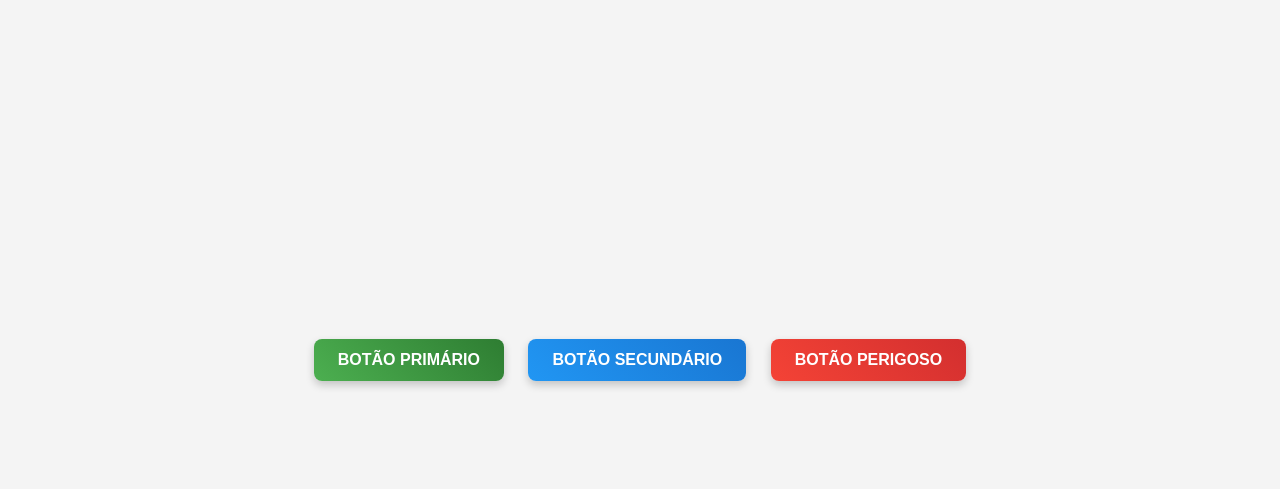
Repository: Gabrielb0rn/Projeto-Formul-rio.io
Page: teste.html
An editor plug-in stored every save of this project. The page is shown before and after the next save, followed by the edit.
The browser window is 1280 px wide. The pictures show the whole page.

Above is the page before, as saved 2024-07-01 08:42:25.

### teste.html
<!DOCTYPE html>
<html lang="en">
<head>
    <meta charset="UTF-8">
    <meta name="viewport" content="width=device-width, initial-scale=1.0">
    <title>Botões Bonitos</title>
    <link rel="stylesheet" href="styles.css">
</head>
<body>
    <div class="container">
        <button class="btn">Botão Primário</button>
        <button class="btn btn-secondary">Botão Secundário</button>
        <button class="btn btn-danger">Botão Perigoso</button>
    </div>
</body>
</html>

### styles.css
/* Estilos Globais */
body {
    font-family: 'Arial', sans-serif;
    display: flex;
    justify-content: center;
    align-items: center;
    height: 100vh;
    margin: 0;
    background-color: #f4f4f4;
}

.container {
    text-align: center;
}

.campo{
  display:flex;
  flex-direction:column;
  width:250px;
  margin:30px;
}
.campo input{
  border:none;
  border-bottom: solid 1px #666;
  outline:none;
}
.campo label{
  position: absolute;
  top:30px;
  left:38px;
  transition: 0.3s;
}
.campo input:focus ~ label,
.campo input:valid ~ label
{
  font-size:10px;
  top: 15px;
}


/* Estilos de Botões */
.btn {
    display: inline-block;
    padding: 12px 24px;
    font-size: 1em;
    font-weight: bold;
    text-transform: uppercase;
    text-decoration: none;
    color: white;
    background: linear-gradient(45deg, #4CAF50, #2E7D32);
    border: none;
    border-radius: 8px;
    box-shadow: 0 4px 8px rgba(0, 0, 0, 0.2);
    cursor: pointer;
    transition: all 0.3s ease;
    margin: 10px;
}

.btn:hover {
    background: linear-gradient(45deg, #45a049, #388E3C);
    transform: translateY(-2px);
    box-shadow: 0 6px 12px rgba(0, 0, 0, 0.3);
}

.btn:active {
    transform: translateY(0);
    box-shadow: 0 4px 8px rgba(0, 0, 0, 0.2);
}

/* Variantes de Botões */
.btn-secondary {
    background: linear-gradient(45deg, #2196F3, #1976D2);
}

.btn-secondary:hover {
    background: linear-gradient(45deg, #1976D2, #1565C0);
}

.btn-danger {
    background: linear-gradient(45deg, #F44336, #D32F2F);
}

.btn-danger:hover {
    background: linear-gradient(45deg, #D32F2F, #C62828);
}

After the next save:
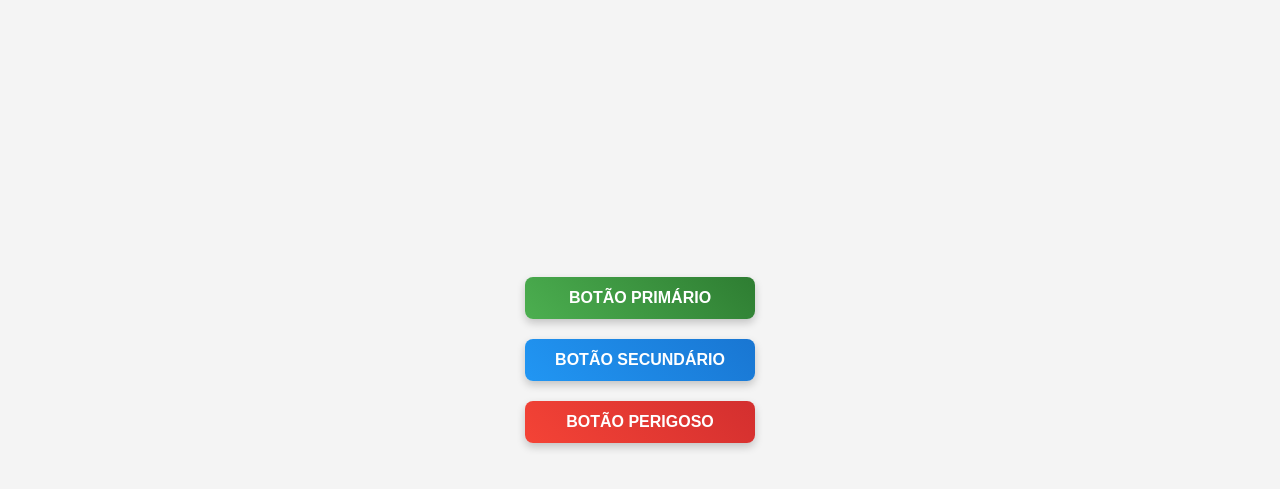
Saved 7 s later.
--- a/styles.css
+++ b/styles.css
@@ -11,6 +11,10 @@
 
 .container {
     text-align: center;
+    display:flex;
+  flex-direction:column;
+  width:250px;
+  margin:30px;
 }
 
 .campo{
